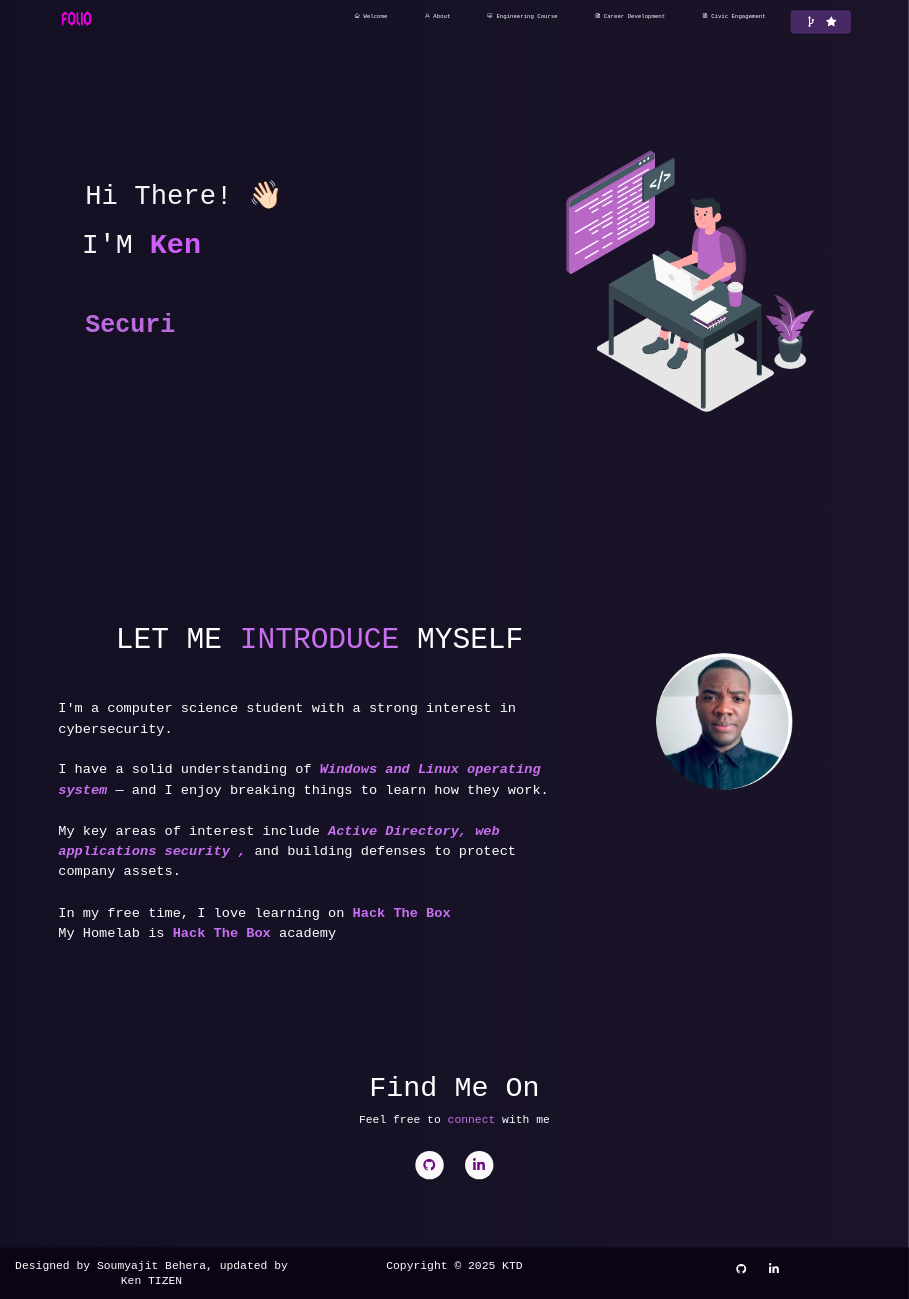
Repository: KenTizen17/ktdportfolio
Page: /
These files come from the project's save history. The page is drawn as it stood at one moment and after the next save; the edit follows.
The browser window is 1280 px wide. The pictures show the whole page, at 71% of full size.
Some web fonts or font styles are not loaded; a fallback is used. The project was rebuilt for these pictures with package versions that can differ from the ones it lists, and the page was loaded fresh each time. Also part of the build but not shown: src/components/About/Github.js, src/components/About/Techstack.js, src/components/About/AboutCard.js, src/components/About/Toolstack.js, src/components/About/About.js, src/components/Projects/ProjectCards.js, src/components/Projects/Projects.js, src/components/Resume/ResumeNew.js and 3 more. Imported but missing from the stored project, and not drawn on this page: src/Assets/CVKEN.pdf, src/Assets/CVKENFrench1.pdf, src/Assets/Ken_TIZEN-CEP.pdf.

Above is the page before, as saved 2025-11-30 18:14:39.

After the next save:
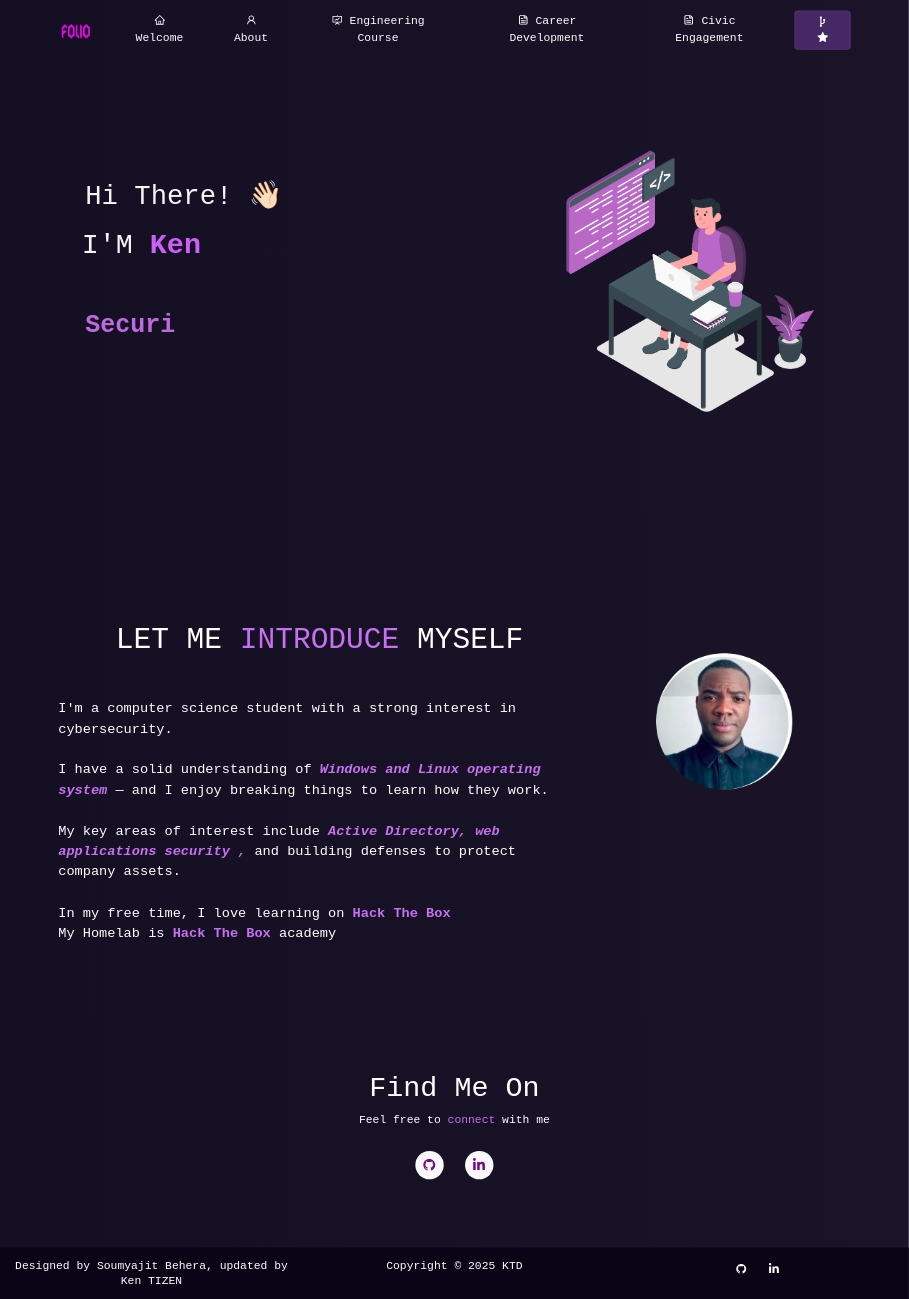
Saved 10 s later.
--- a/src/style.css
+++ b/src/style.css
@@ -91,7 +91,7 @@ button:focus {
   position: fixed !important;
   transition: all 0.3s ease-out 0s !important;
   padding: 0.3rem 2rem !important;
-  font-size: 0.5rem !important;
+  font-size: 1rem !important;
 }
 
 .navbar-toggler {
